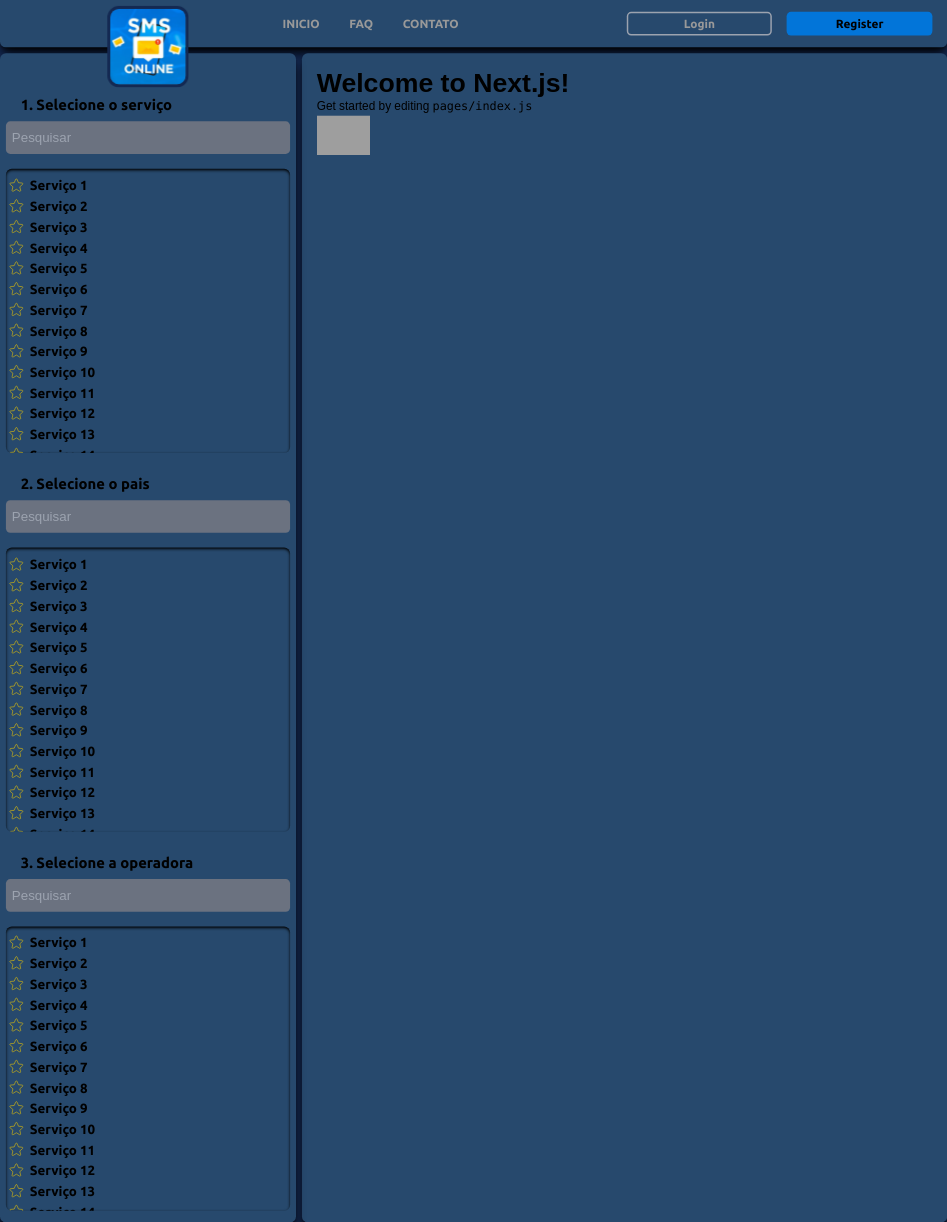
Repository: Felipe-Henrique-Dev/-DIOGO-SMS
Page: /
An editor plug-in stored every save of this project. The page is shown before and after the next save, followed by the edit.
The browser window is 1280 px wide. The pictures show the whole page, at 74% of full size.
Pictures or frames that could not be fetched are drawn as grey boxes. The project was rebuilt for these pictures with package versions that can differ from the ones it lists, and the page was loaded fresh each time. The framework's server and built-in components were replaced by stand-ins that run in the browser. Also part of the build but not shown: next.config.ts.

Above is the page before, as saved 2024-12-16 22:51:02.

### src/app/layout.tsx
import type { Metadata } from "next";
import "./globals.css";
import Header from "@/components/main/Header";
import Main from "@/components/main/Main";
import WebApp from "@/components/main/WebApp";



export const metadata: Metadata = {
  title: "Create Next App",
  description: "Generated by create next app",
};

export default function RootLayout({
  children,
}: Readonly<{
  children: React.ReactNode;
}>) {
  return (
    <html lang="pt-br">
      <body className={`antialiased`}>
        <Header />
        <Main>
          <WebApp />
          {children}
        </Main>
      </body>
    </html>
  );
}

### src/app/page.tsx
import Section from "@/components/main/Section";
import Image from "next/image";

export default function Home() {
  return (
    <Section>
      <h1 className="text-4xl font-bold text-center">Welcome to Next.js!</h1>
      <p className="text-center">
        Get started by editing <code>pages/index.js</code>
      </p>
      <Image
        src="/vercel.svg"
        alt="Vercel Logo"
        width={72}
        height={16}
      />
    </Section>
  );
}

### src/app/globals.css
@import url('https://fonts.googleapis.com/css2?family=Ubuntu:wght@500;700&display=swap');
@tailwind base;
@tailwind components;
@tailwind utilities;


:root {
  --background: hsl(220, 60%, 20%);
  --background-secondary: hsl(211, 47%, 29%);
  --tertiary: hsl(0, 0%, 60%);
  --primary_text: hsl(0, 0%, 100%);
  --foreground: #171717;
  --color-primary: #000;
  --color-secondary: hsl(208, 98%, 43%);
}


body {
  color: var(--tertiary);
  background: var(--background);
  font-family: Arial, Helvetica, sans-serif;
}

::-webkit-scrollbar {
  width: 5px;
  height: 10px;
}

::-webkit-scrollbar-track {
  background-color: var(--background);
}

::-webkit-scrollbar-thumb {
  background: var(--color-secondary);
  border-radius: 10px;
}

::-webkit-scrollbar-thumb:hover {
  background-color: var(--color-highlight-hover);
}

### src/components/main/Header.tsx
import React from "react";
import { Button } from "./Button";


export default function Header() {
  return (
    <header className="h-16 bg-background_secondary shadow-lg shadow-black max-w-screen-2xl m-auto top-0 items-center justify-between  flex rounded-b-lg px-5 z-[99] ">
        <span className="text-white text-lg w-1/4 font-bold"></span>
        <nav className="flex gap-10 uppercase font-bold font-ubuntu w-1/3 items-start ">
            <a href="#" className="">Inicio</a>
            <a href="#" className="">FAQ</a>
            <a href="#" className="">Contato</a>
        </nav>
        <div className="container flex justify-between items-center w-1/3 gap-5">
            <Button type="button" size="sm" className="text-tertiary" isLoading={false} bgColor="none">Login</Button>
            <Button type="button" size="sm" isLoading={false} bgColor="primary">
                Register
            </Button>
        </div>
    </header>
  );
}

### src/components/main/Main.tsx
import React from "react";

export default function Main({
  children,
}: Readonly<{
  children: React.ReactNode;
}>) {
  return (
    <main className="container max-w-screen-2xl mx-auto flex pt-2 gap-2 ">
      {children}
    </main>
  );
}

### src/components/main/WebApp.tsx
'use client'
import React from "react";
import { Input } from "./Input";
import { useForm } from "react-hook-form"
import Image from "next/image";
export default function WebApp() {
  const [selectService, setSelectService] = React.useState<{ title: string; valor: number; numberDispobilize: number; id: string } | null>(null);
  const [selectCountry, setSelectCountry] = React.useState<{ title: string; valor: number; numberDispobilize: number; id: string } | null>(null);
  const [selectOperator, setSelectOperator] = React.useState<{ title: string; valor: number; numberDispobilize: number; id: string } | null>(null);

  return (
    <aside className="min-w-[25rem] min-h-[90svh] shadow-lg shadow-black bg-background_secondary text-pri sticky left-0 top-[4.5rem] rounded-lg flex flex-col p-2 gap-5  pt-14 z-[999]">
      <Image src="/logo.webp" alt="Logo" width={110} height={110} className="rounded-2xl absolute -top-16 transform -translate-x-1/2 left-1/2 z-[99] border-4 border-background " />
      <Container subTitle="1. Selecione o serviço" list={list} select={selectService} setSelect={setSelectService} />
      <Container subTitle="2. Selecione o pais" list={list} select={selectCountry} setSelect={setSelectCountry} />
      <Container subTitle="3. Selecione a operadora" list={list} select={selectOperator} setSelect={setSelectOperator} />
    </aside>
  );
}


const Container = ({
  list,
  subTitle,
  select,
  setSelect
}: {
  subTitle: string;
  select?: { title: string; valor: number; numberDispobilize: number; id: string } | null;
  setSelect: React.Dispatch<React.SetStateAction<{ title: string; valor: number; numberDispobilize: number; id: string } | null>>;
  list: { title: string; valor: number; numberDispobilize: number; id: string }[];
}) => {
  const { register, watch } = useForm();
  const filter = (watch("filter") || "").toLowerCase();
  const [favorites, setFavorites] = React.useState<string[]>([]);
  const [loading, setLoading] = React.useState<boolean>(true);

  React.useEffect(() => {
    const storedFavorites = JSON.parse(localStorage.getItem("favorites") || "[]");
    setFavorites(storedFavorites);
    setLoading(false);
  }, []);

  const setFavoriteInStorage = (item: string) => {
    const newFavorites = favorites.includes(item)
      ? favorites.filter(favorite => favorite !== item)
      : [...favorites, item];

    setFavorites(newFavorites);
    localStorage.setItem("favorites", JSON.stringify(newFavorites));
  };

  // Primeiro filtrar e ordenar a lista antes do map
  const filteredAndSortedList = React.useMemo(() => {
    return list
      .filter(item => item.title.toLowerCase().includes(filter))
      .sort((a, b) => {
        const aFav = favorites.includes(a.id);
        const bFav = favorites.includes(b.id);
        if (aFav && !bFav) return -1;
        if (!aFav && bFav) return 1;
        return 0;
      });
  }, [list, filter, favorites]);

  if (loading) return <div>Carregando...</div>;

  return (
    <div className="flex flex-col gap-2  ">
      <span className="text-xl font-bold w-full text-start px-5 text-black font-ubuntu ">{subTitle}</span>
      {
        select ?
          <div className="flex w-full bg-slate-300 rounded-lg h-10 items-center justify-start px-5 gap-5 ">
            <button onClick={() => setSelect(null)} className="flex items-center justify-center gap-2 h-8 min-w-8 rounded-xl border-red-500 border-[1px] text-black">X</button>
            <span className="text-lg font-bold min-w-8 h-8 rounded-full text-center bg-white ">I</span>
            <span className="text-lg font-bold w-auto text-center">{select.title}</span>
          </div>
        :
        <>
          <Input type="text" placeholder="Pesquisar" size="lg" register={register("filter")} />
          <div className="h-96 shadow-inner shadow-black py-2 w-full my-2 overflow-x-auto scroll-smooth rounded-lg p-1 text-black font-ubuntu ">
            {filteredAndSortedList.map((item) => (
              <div className="w-full flex items-center justify-start gap-2" key={item.id}>
                <Stars
                  stars={favorites.includes(item.id)}
                  setFavorite={() => setFavoriteInStorage(item.id)}
                />
                <button className="flex flex-col font-black" onClick={() => setSelect(item)}>
                  <span className="text-lg font-bold w-full text-center">{item.title}</span>
                </button>
              </div>
            ))}
          </div>
        </>
      }
    </div>
  );
};



const list = [
  {
    id: "1",
    title: "Serviço 1",
    valor: 10.00,
    numberDispobilize: 6000,
  },
  {
    id: "2",
    title: "Serviço 2",
    valor: 20.00,
    numberDispobilize: 5000,
  },
  {
    id: "3",
    title: "Serviço 3",
    valor: 30.00,
    numberDispobilize: 4000,
  },
  {
    id: "4",
    title: "Serviço 4",
    valor: 40.00,
    numberDispobilize: 3000,
  },
  {
    id: "5",
    title: "Serviço 5",
    valor: 50.00,
    numberDispobilize: 2000,
  },
  {
    id: "6",
    title: "Serviço 6",
    valor: 60.00,
    numberDispobilize: 1000,
  },
  {
    id: "7",
    title: "Serviço 7",
    valor: 70.00,
    numberDispobilize: 900,
  },
  {
    id: "8",
    title: "Serviço 8",
    valor: 80.00,
    numberDispobilize: 800,
  },
  {
    id: "9",
    title: "Serviço 9",
    valor: 90.00,
    numberDispobilize: 700,
  },
  {
    id: "10",
    title: "Serviço 10",
    valor: 100.00,
    numberDispobilize: 600,
  },
  {
    id: "11",
    title: "Serviço 11",
    valor: 110.00,
    numberDispobilize: 500,
  },
  {
    id: "12",
    title: "Serviço 12",
    valor: 120.00,
    numberDispobilize: 400,
  },
  {
    id: "13",
    title: "Serviço 13",
    valor: 130.00,
    numberDispobilize: 300,
  },
  {
    id: "14",
    title: "Serviço 14",
    valor: 140.00,
    numberDispobilize: 200,
  },
  {
    id: "15",
    title: "Serviço 15",
    valor: 150.00,
    numberDispobilize: 100,
  }
];

const Stars = ({stars, setFavorite} : {stars: boolean, setFavorite: () => void}) => {
  return (
      <>
          {
              !stars?
              <svg width="20" height="20" viewBox="0 0 13 12" fill="none" xmlns="http://www.w3.org/2000/svg" onClick={setFavorite} className="cursor-pointer" >
                  <path d="M6.49956 9.51326L9.26623 11.1866C9.77289 11.4933 10.3929 11.0399 10.2596 10.4666L9.52623 7.31992L11.9729 5.19993C12.4196 4.81326 12.1796 4.07993 11.5929 4.03326L8.37289 3.75993L7.11289 0.786592C6.88623 0.246592 6.11289 0.246592 5.88623 0.786592L4.62623 3.75326L1.40623 4.02659C0.81956 4.07326 0.57956 4.80659 1.02623 5.19326L3.47289 7.31326L2.73956 10.4599C2.60623 11.0333 3.22623 11.4866 3.73289 11.1799L6.49956 9.51326Z" fill="none" stroke="#EFC900" strokeWidth="0.5"/>
              </svg>
              :
              <svg width="20" height="20" viewBox="0 0 13 12" fill="none" xmlns="http://www.w3.org/2000/svg" onClick={setFavorite} className="cursor-pointer">
                  <path d="M6.49956 9.51326L9.26623 11.1866C9.77289 11.4933 10.3929 11.0399 10.2596 10.4666L9.52623 7.31992L11.9729 5.19993C12.4196 4.81326 12.1796 4.07993 11.5929 4.03326L8.37289 3.75993L7.11289 0.786592C6.88623 0.246592 6.11289 0.246592 5.88623 0.786592L4.62623 3.75326L1.40623 4.02659C0.81956 4.07326 0.57956 4.80659 1.02623 5.19326L3.47289 7.31326L2.73956 10.4599C2.60623 11.0333 3.22623 11.4866 3.73289 11.1799L6.49956 9.51326Z" fill="#EFC900"/>
              </svg>
          }
      </>
  );
}

### src/components/main/Section.tsx
import { cn } from "@/lib/utils";
import React from "react";

export default function Section({
  children,
  className
}: Readonly<{
  children: React.ReactNode;
  className?: string;
}>) {
  return (
    <section className={cn(
      "p-5 flex flex-col min-h-[90svh] bg-background_secondary w-full text-black items-start justify-start rounded-lg shadow-lg shadow-black",
      className
    )}>
      {children}
    </section>
  );
}

### src/components/main/Button.tsx
/* eslint-disable @typescript-eslint/no-explicit-any */
import { cn } from "@/lib/utils";
import React from "react";

export const Button = ({
    className,
    size = "md",
    onClick,
    children,
    type,
    isLoading,
    bgColor = "primary",
}:{
    type: 'button' | 'submit' | 'reset';
    onClick?: (event: React.MouseEvent<HTMLButtonElement>) => void;
    className?: string;
    children: React.ReactNode;
    size?: "sm" | "md" | "lg";
    isLoading: boolean;
    bgColor?: "primary" | "secondary" | "danger" | "none";
}) => {

    const sizes = {
        sm: "w-1/2 h-8 text-base",
        md: "w-3/4 h-10 text-lg",
        lg: "w-full h-14 text-xl",
    };

    const bgColors = {
        primary: "bg-secondary text-black",
        secondary: "bg-gray-500 text-white",
        danger: "bg-red-500 text-white",
        none: "bg-transparent text-black border-gray-400 border-2 "
    };

    return (
        <button
            type={type}
            onClick={onClick}
            className={cn(
                "p-2 rounded-md relative flex items-center justify-center font-bold font-ubuntu hover:scale-105 transition-transform duration-300",
                bgColors[bgColor],
                sizes[size],
                className
            )}
            disabled={isLoading}
        >
            {
                isLoading ? loading() : children
            }
        </button>
    );
}


const loading = () => {
    return (
        <div className="absolute inset-0 bg-gray-300 bg-opacity-50 flex items-center justify-center">
            <div className="animate-spin rounded-full h-12 w-12 border-t-2 border-b-2 border-gray-900"></div>
        </div>
    );
}

### src/components/main/Input.tsx
/* eslint-disable @typescript-eslint/no-unused-vars */
/* eslint-disable @typescript-eslint/no-explicit-any */
import { cn } from "@/lib/utils";
import React from "react";

export const Input = ({
    type,
    placeholder,
    classNameSpan,
    classNameLabel,
    classNameInput,
    label,
    size = "md",
    icon,
    register,
    bgColor = "secondary",
    labelIsHidden = false,
    name
}:{
    type: 'text' | 'password' | 'email';
    placeholder: string;
    classNameSpan?: string;
    classNameLabel?: string;
    classNameInput?: string;
    size?: "sm" | "md" | "lg";
    icon?: React.ReactNode;
    register?: any;
    label?: string;
    bgColor?: "primary" | "secondary" | "danger" | "none";
    labelIsHidden?: boolean;
    name?: string;
}) => {

    const sizes = {
        sm: "w-1/2 h-8 text-sm",
        md: "w-3/4 h-10 text-base",
        lg: "w-full h-12 text-lg",
    };

    const bgColors = {
        primary: "bg-blue-500 text-black",
        secondary: "bg-gray-500 text-black",
        danger: "bg-red-500 text-black",
        none: "bg-transparent text-black border-gray-300 border-2"
    };


    return (
        <span className={cn(
                "relative flex flex-col",
                sizes[size],
                classNameSpan,
        )}>
            {
                labelIsHidden &&
                <label className={cn(
                    classNameLabel
                )} >
                    {label}
                </label>
            }
            <input
                type={type}
                placeholder={placeholder}
                {...register}
                className={cn(
                    "p-2 rounded-md relative w-full",
                    classNameInput,
                    bgColors[bgColor]
                )}
            />
            {icon}
        </span>

    );
}

### tailwind.config.ts
import type { Config } from "tailwindcss";

export default {
  content: [
    "./src/pages/**/*.{js,ts,jsx,tsx,mdx}",
    "./src/components/**/*.{js,ts,jsx,tsx,mdx}",
    "./src/app/**/*.{js,ts,jsx,tsx,mdx}",
  ],
  theme: {
    extend: {
      colors: {
        background: "var(--background)",
        foreground: "var(--foreground)",
        background_secondary: "var(--background-secondary)",
        primary: "var(--primary)",
        secondary: "var(--color-secondary)",
        tertiary: "var(--tertiary)",

      },
      background : {
        background: "var(--background)",
        background_secondary: "var(--background-secondary)",
        foreground: "var(--foreground)",
      },
      fontFamily: {
        ubuntu: ["Ubuntu", "sans-serif"],
      },
    },
  },
  plugins: [],
} satisfies Config;


// .ubuntu-light {
//   font-family: "Ubuntu", sans-serif;
//   font-weight: 300;
//   font-style: normal;
// }

// .ubuntu-regular {
//   font-family: "Ubuntu", sans-serif;
//   font-weight: 400;
//   font-style: normal;
// }

// .ubuntu-medium {
//   font-family: "Ubuntu", sans-serif;
//   font-weight: 500;
//   font-style: normal;
// }

// .ubuntu-bold {
//   font-family: "Ubuntu", sans-serif;
//   font-weight: 700;
//   font-style: normal;
// }

// .ubuntu-light-italic {
//   font-family: "Ubuntu", sans-serif;
//   font-weight: 300;
//   font-style: italic;
// }

// .ubuntu-regular-italic {
//   font-family: "Ubuntu", sans-serif;
//   font-weight: 400;
//   font-style: italic;
// }

// .ubuntu-medium-italic {
//   font-family: "Ubuntu", sans-serif;
//   font-weight: 500;
//   font-style: italic;
// }

// .ubuntu-bold-italic {
//   font-family: "Ubuntu", sans-serif;
//   font-weight: 700;
//   font-style: italic;
// }

Loaded but not shown: src/lib/utils.ts (common file)

After the next save:
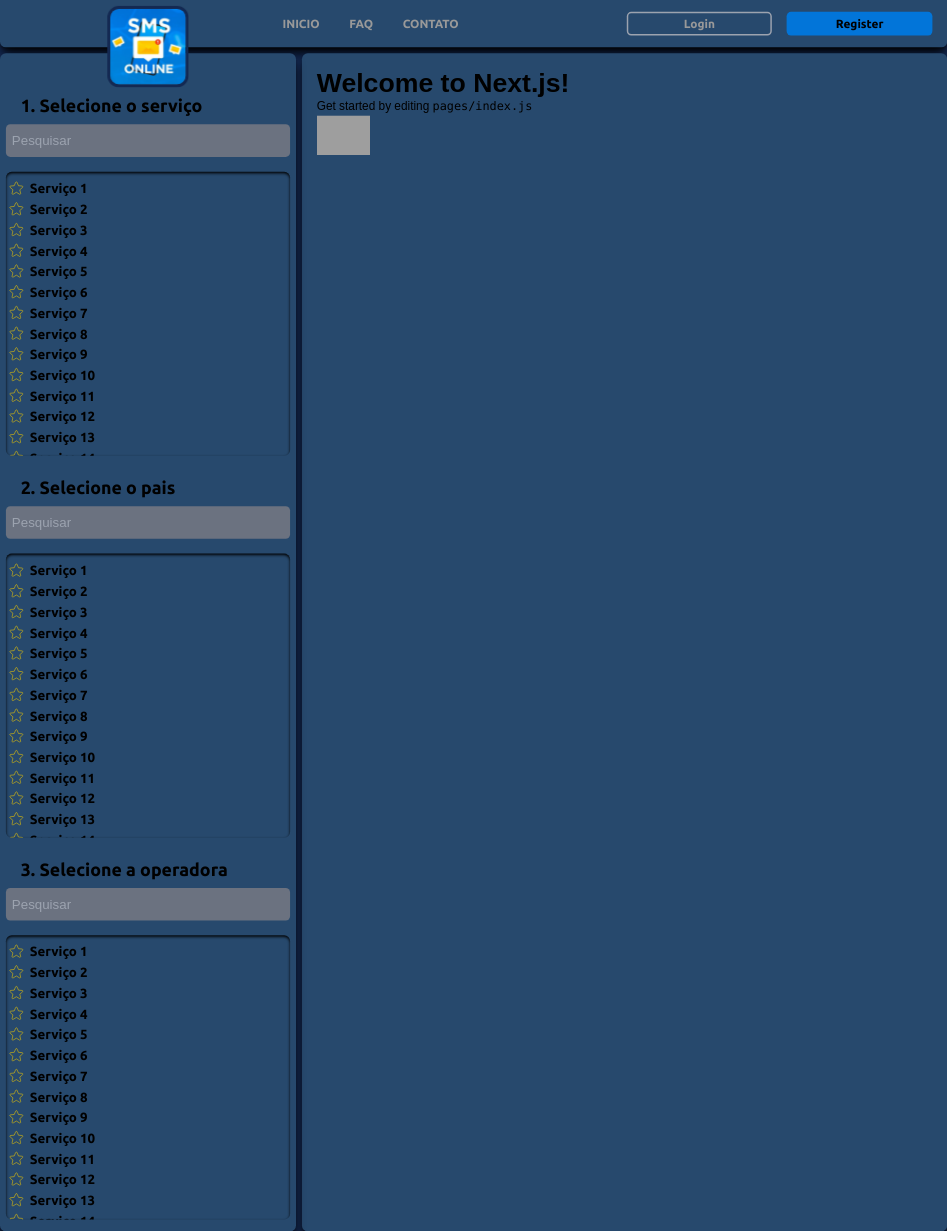
Saved 4 s later.
--- a/src/components/main/WebApp.tsx
+++ b/src/components/main/WebApp.tsx
@@ -67,7 +67,7 @@ const Container = ({
 
   return (
     <div className="flex flex-col gap-2  ">
-      <span className="text-xl font-bold w-full text-start px-5 text-black font-ubuntu ">{subTitle}</span>
+      <span className="text-2xl font-bold w-full text-start px-5 text-black font-ubuntu ">{subTitle}</span>
       {
         select ?
           <div className="flex w-full bg-slate-300 rounded-lg h-10 items-center justify-start px-5 gap-5 ">
